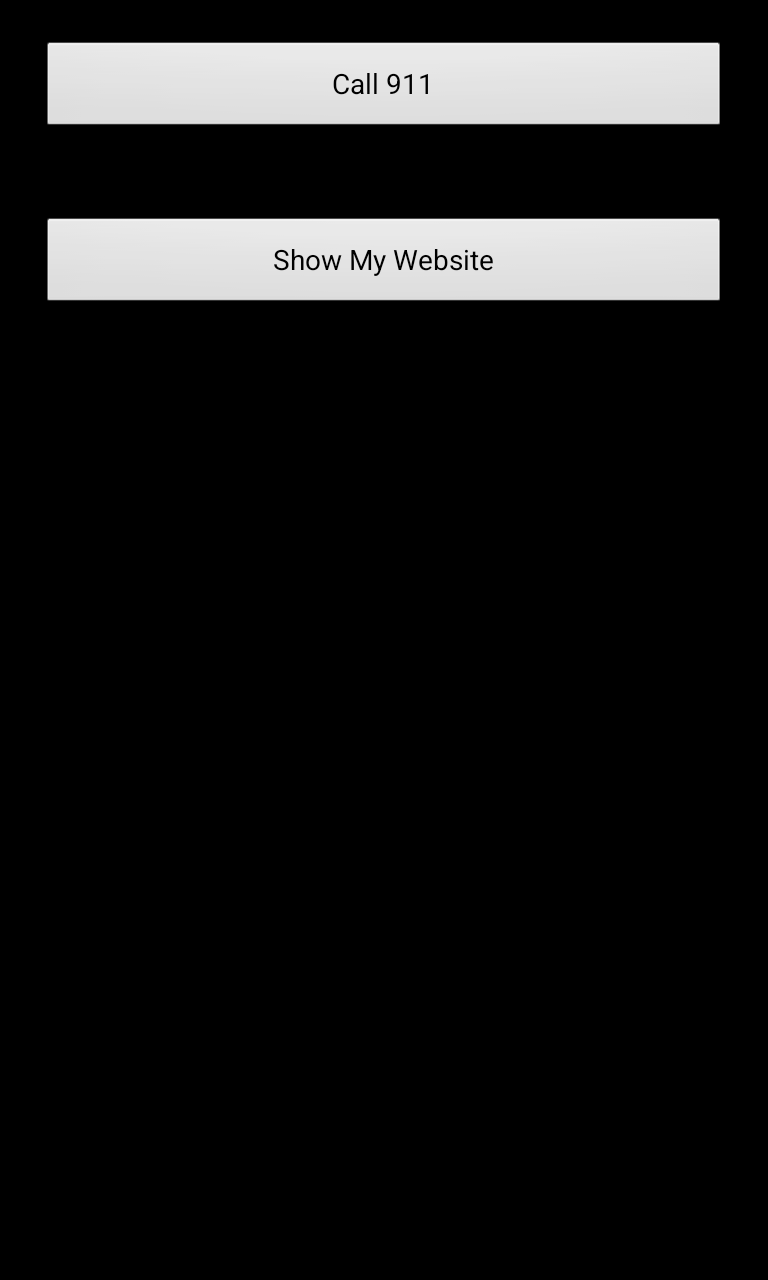
Repository: smartapps08/addteqtutorials
Layout: Implicit Intents Demo/res/layout/main.xml
An editor plug-in stored every save of this project. The layout is shown before and after the next save, followed by the edit.
It is drawn on a 768 x 1280 px phone screen (xhdpi) without system bars, with theme android:Theme; the app's code is not run.

Above is the layout before, as saved 2012-06-08 17:57:40.

### Implicit Intents Demo/res/layout/main.xml
<?xml version="1.0" encoding="utf-8"?>
<LinearLayout xmlns:android="http://schemas.android.com/apk/res/android"
    android:layout_width="fill_parent"
    android:layout_height="fill_parent"
    android:orientation="vertical" >

    <Button
        android:id="@+id/btnDial"
        android:layout_margin="20dp"
        android:layout_width="fill_parent"
        android:layout_height="wrap_content"
        android:text="Call 911" />

    <Button
        android:id="@+id/btnBrowse"
        android:layout_margin="20dp"
        android:layout_width="fill_parent"
        android:layout_height="wrap_content"
        android:text="Show My Website" />

</LinearLayout>

After the next save:
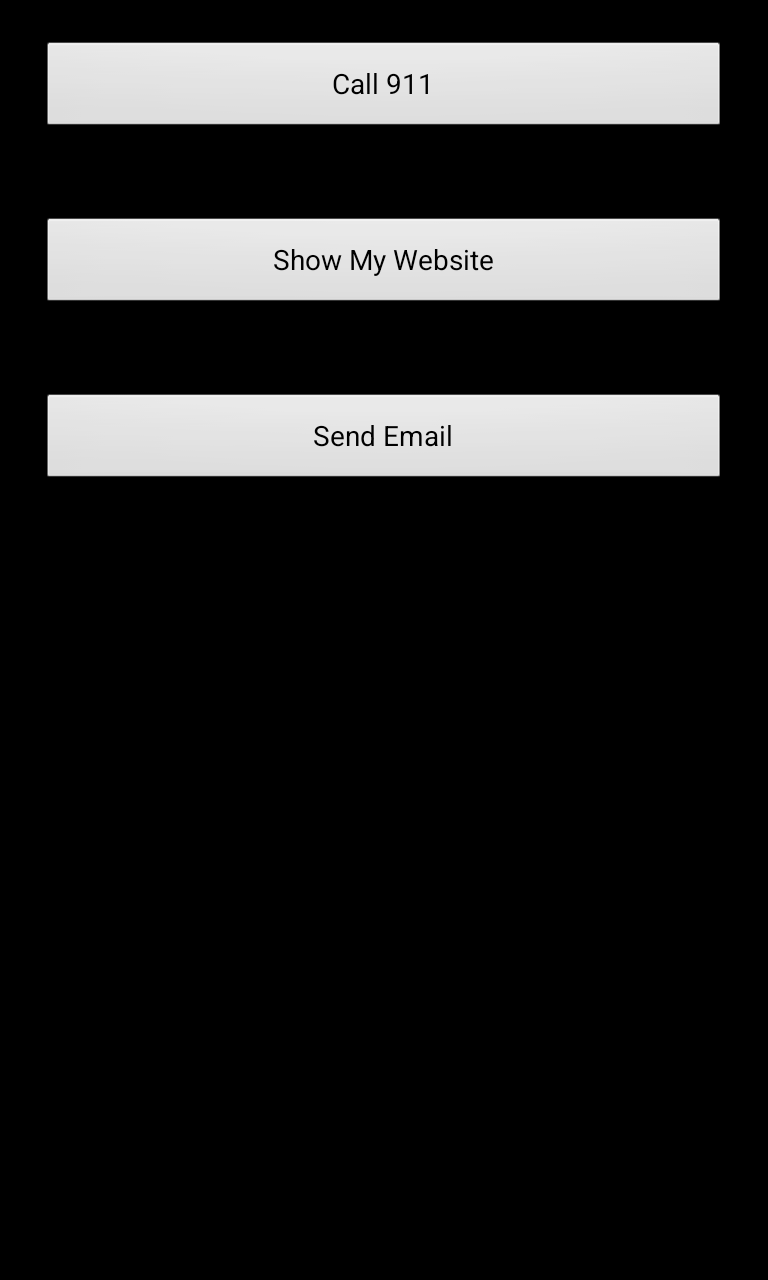
Saved 19 min 12 s later.
--- a/Implicit Intents Demo/res/layout/main.xml
+++ b/Implicit Intents Demo/res/layout/main.xml
@@ -18,4 +18,11 @@
         android:layout_height="wrap_content"
         android:text="Show My Website" />
 
+    <Button
+        android:id="@+id/btnEmail"
+        android:layout_margin="20dp"
+        android:layout_width="fill_parent"
+        android:layout_height="wrap_content"
+        android:text="Send Email" />
+
 </LinearLayout>
